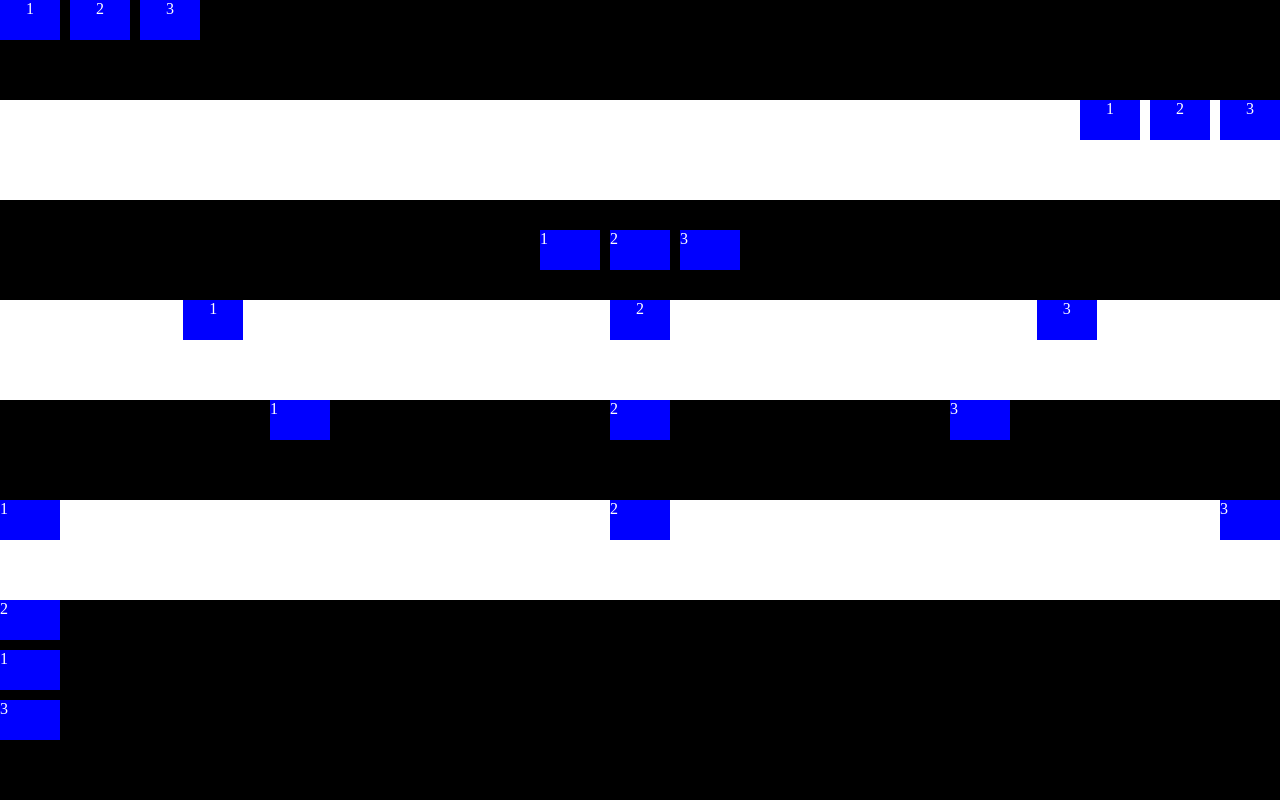
Repository: Elesion08/flexbox
Page: index.html
An editor plug-in stored every save of this project. The page is shown before and after a run of saves, followed by the edit.
The browser window is 1280 px wide. The pictures show the whole page.

Above is the page before, as saved 2025-04-15 08:45:13.

### index.html
<!DOCTYPE html>
<html lang="pt-br">
<head>
    <meta charset="UTF-8">
    <meta name="viewport" content="width=device-width, initial-scale=1.0">
    <title>Flexbox - AULA 04</title>
    <link rel="stylesheet" href="style.css">
</head>
<body>
    <div class="container">
        <div class="container__card1">
            <div class="box1">1</div>
            <div class="box1">2</div>
            <div class="box1">3</div>
        </div>
        <div class="container__card2">
            <div class="box2">1</div>
            <div class="box2">2</div>
            <div class="box2">3</div>
        </div>
        <div class="container__card3">
            <div class="box3">1</div>
            <div class="box3">2</div>
            <div class="box3">3</div>
        </div>
        <div class="container__card4">
            <div class="box4">1</div>
            <div class="box4">2</div>
            <div class="box4">3</div>
        </div>
        <div class="container__card5">
            <div class="box5">1</div>
            <div class="box5">2</div>
            <div class="box5">3</div>
        </div>
        <div class="container__card6">
            <div class="box6">1</div>
            <div class="box6">2</div>
            <div class="box6">3</div>
        </div>
        <div class="container__card7">
            <div class="box7">2</div>
            <div class="box7">1</div>
            <div class="box7">3</div>
        </div>
    </div>
</body>
</html>

### style.css
/* configuração reset global da pagina */
* {
    margin: 0;
    padding: 0;
    height: 100vh;
    width: 100%;
    box-sizing: border-box;
  }

  .container__card1 {
    /* deixa os itens e suas posições flexiveis */
    display: flex;
    /* cor de fundo */
    background-color: black;
    /* distância entre os elementos filhos */
    gap: 10px;
    /* altura do elemento */
    height: 100px;
  }

  .box1 {
    /*  alinha o texto horizontalmente */
    text-align: center;
    /* cor da fonte */
    color: white;
    /* cor de fundo */
    background-color: blue;
    /* altura */
    height: 40px;
    /* largura */
    width: 60px;
  }

  .container__card2 {
    /* deixa os itens e suas posições flexiveis */
    display: flex;
    /* cor de fundo */
    background-color: white;
    /* altura */
    height: 100px;
    /* alinha os elementos no final da pagina */
    justify-content: flex-end;
    /* distancia entre os elementos filhos */
    gap: 10px;
  }

  .box2 {
    /* deixa os itens e suas posições flexiveis */
    display: flex;
    /* centraliza os elementos horizontalmente */
    justify-content: center;
    /* cor da fonte */
    color: white;
    /* cor de fundo */
    background-color: blue;
    /* largura */
    height: 40px;
    /* altura */
    width: 60px;
  }

  .container__card3 {
    /* alinha os elementos filhos verticalmente */
    align-items: center;
    /* deixa os itens e suas posições flexiveis */
    display: flex;
    /* centraliza os elementos filhos horizontalmente */
    justify-content: center;
    /* cor de fundo */
    background-color: black;
    /* distância entre os elementos filhos */
    gap: 10px;
    /* altura do elemento */
    height: 100px;
  }

  .box3 {
    /* cor da fonte */
    color: white;
    /* cor de fundo */
    background-color: blue;
    /* altura */
    height: 40px;
    /* largura */
    width: 60px;
  }

  .container__card4 {
    /* deixa os itens e suas posições flexiveis */
    display: flex;
    /* espalha os elementos filho horizontalmente */
    justify-content: space-around;
    /* cor de fundo */
    background-color: white;
    /* altura */
    height: 100px;
    /* alinha os elementos no final da pagina */
  }

  .box4 {
    /* deixa os itens e suas posições flexiveis */
    display: flex;
    /* centraliza os elementos horizontalmente */
    justify-content: center;
    /* cor da fonte */
    color: white;
    /* cor de fundo */
    background-color: blue;
    /* largura */
    height: 40px;
    /* altura */
    width: 60px;
  }

  .container__card5 {
    /* deixa os itens e suas posições flexiveis */
    display: flex;
    /* espalha os elementos filho horizontalmente de forma igualitaria */
    justify-content: space-evenly;
    /* centraliza os elementos filhos verticalmente */
    background-color: black;
    /* distância entre os elementos filhos */
    gap: 10px;
    /* altura do elemento */
    height: 100px;
  }

  .box5 {
    /* cor da fonte */
    color: white;
    /* cor de fundo */
    background-color: blue;
    /* altura */
    height: 40px;
    /* largura */
    width: 60px;
  }

  .container__card6 {
      /* deixa os itens e suas posições flexiveis */
      display: flex;
      /* espalha os elementos filho horizontalmente */
      justify-content: space-between;
      /* cor de fundo */
      background-color: white;
      /* altura */
      height: 100px;
      /* alinha os elementos no final da pagina */
    }

    .box6 {
      color: white;
      /* cor de fundo */
      background-color: blue;
      /* largura */
      height: 40px;
      /* altura */
      width: 60px;
    }

    .container__card7 {
        /* deixa os itens e suas posições flexiveis */
        display: flex;
        flex-direction: column;
        /* centraliza os elementos filhos verticalmente */
        background-color: black;
        /* distância entre os elementos filhos */
        gap: 10px;
        /* altura do elemento */
        height: 200px;
      }

      .box7 {
        /* cor da fonte */
        color: white;
        /* cor de fundo */
        background-color: blue;
        /* altura */
        height: 40px;
        /* largura */
        width: 60px;
      }

After the next 2 saves:
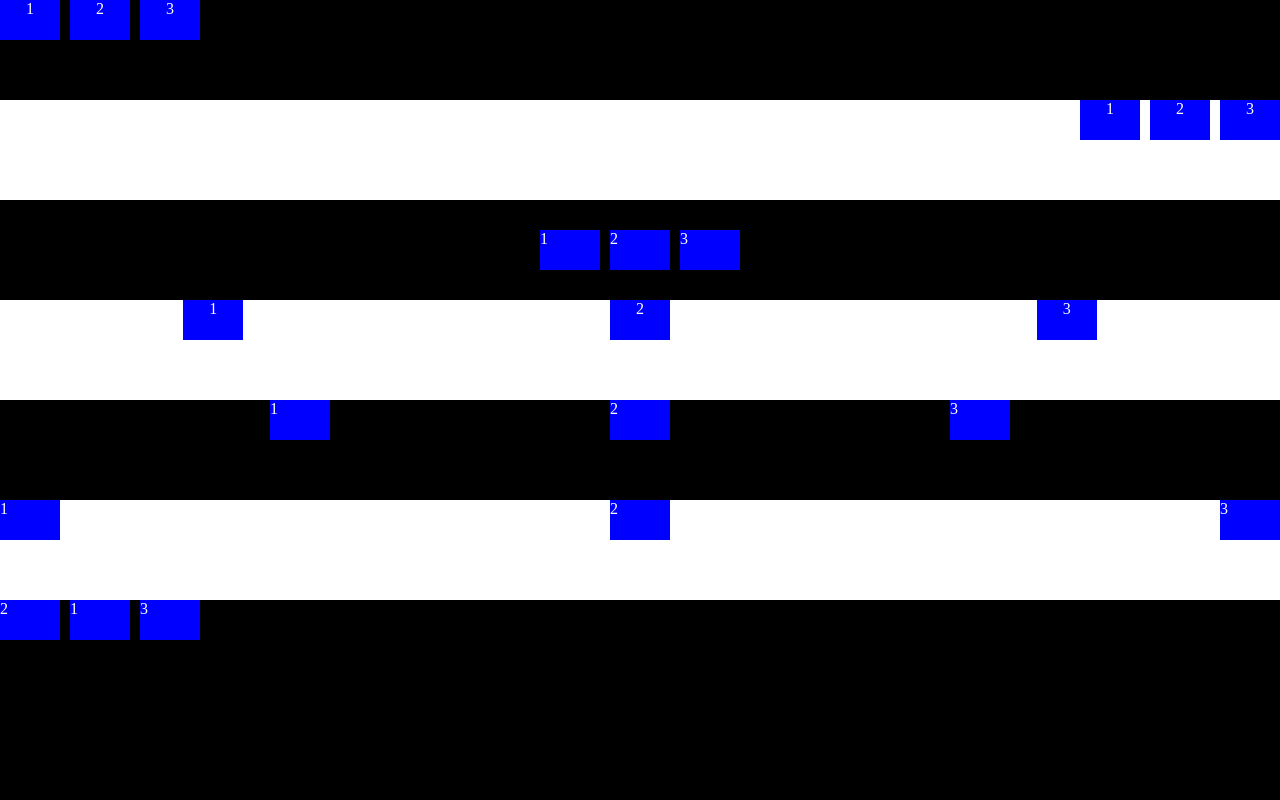
The 2 saves are shown as one change because they came seconds apart.
The last was saved 11 s later.
--- a/style.css
+++ b/style.css
@@ -161,6 +161,7 @@
     .container__card7 {
         /* deixa os itens e suas posições flexiveis */
         display: flex;
+        //
         flex-direction: column;
         /* centraliza os elementos filhos verticalmente */
         background-color: black;

After the 2 saves that followed:
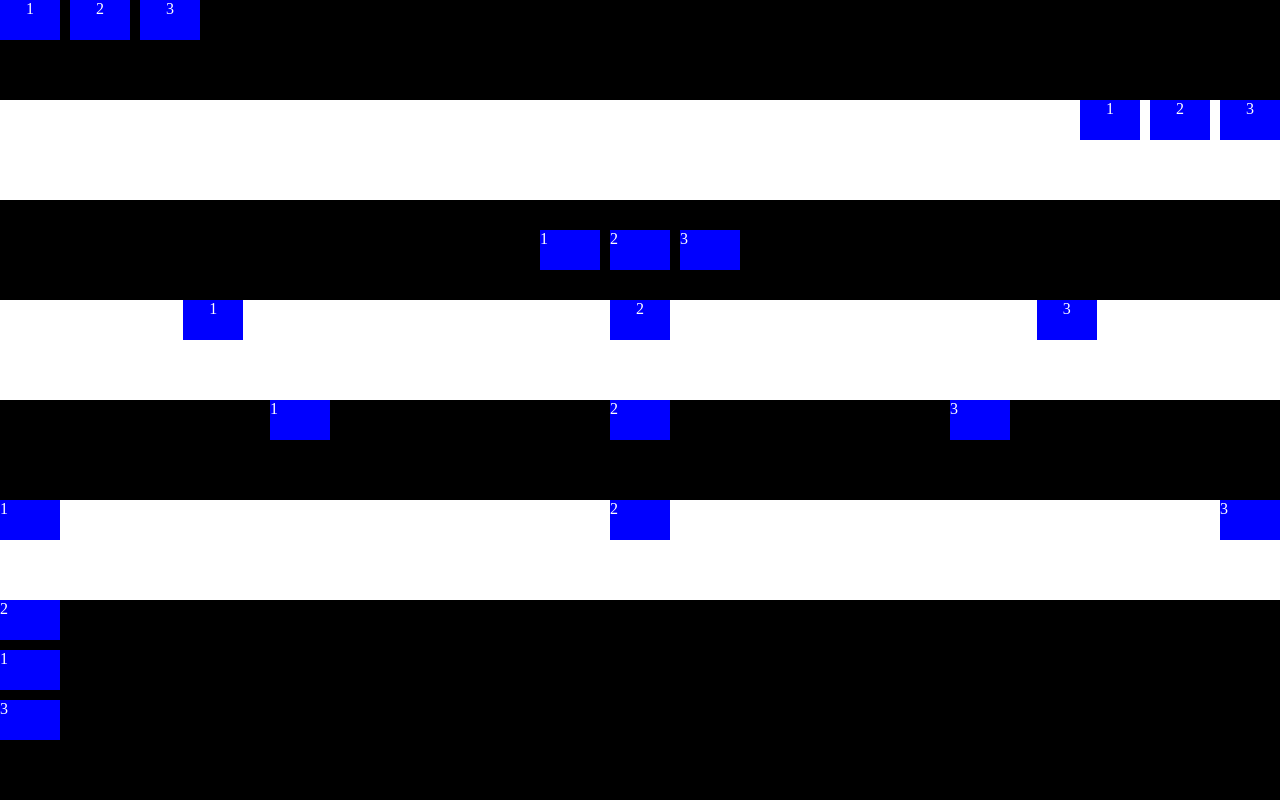
The 2 saves are shown as one change because they came seconds apart.
The last was saved 5 s later.
--- a/style.css
+++ b/style.css
@@ -161,7 +161,7 @@
     .container__card7 {
         /* deixa os itens e suas posições flexiveis */
         display: flex;
-        //
+        /* */
         flex-direction: column;
         /* centraliza os elementos filhos verticalmente */
         background-color: black;
